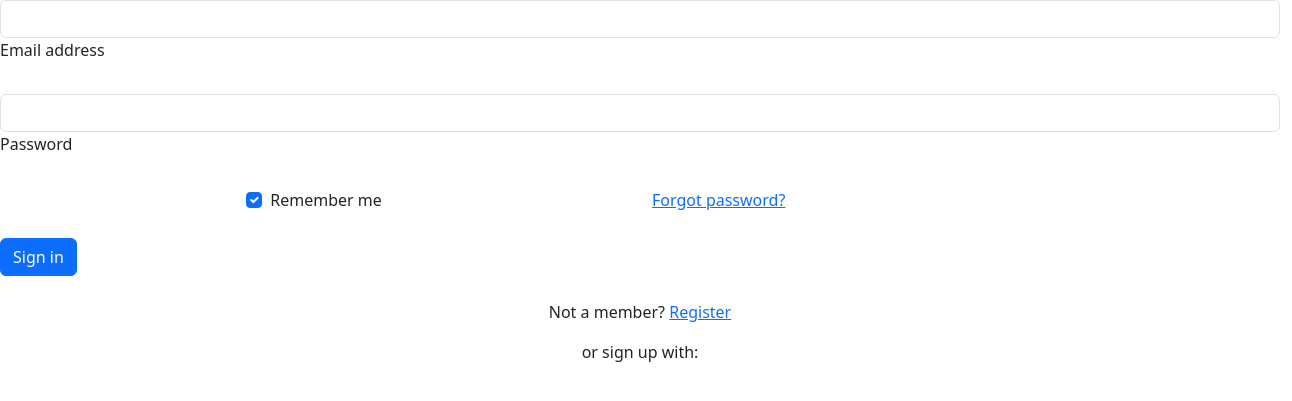
Repository: HieuNT-2001/JAVA-3---SOF203
Page: http://localhost/HocJava4/views/LoginForm.jsp
These files come from the project's save history. The page is drawn as it stood at one moment and after a run of saves; the edit follows.
The browser window is 1280 px wide. The page is 1292 px wide, then 1280 px, then 1292 px, so the pictures cover 1292 px, including what lies to the right of the window. The pictures show the whole page.
The page is served by Tomcat 9. Other server files are loaded and not shown.

Above is the page before, as saved 2024-09-28 03:04:56.

### HocJava4/src/main/webapp/views/LoginForm.jsp
<%@ page language="java" contentType="text/html; charset=UTF-8"
	pageEncoding="UTF-8"%>
<!DOCTYPE html>
<html>
<head>
<meta charset="UTF-8">
<title>Insert title here</title>
<link
	href="https://cdn.jsdelivr.net/npm/bootstrap@5.3.3/dist/css/bootstrap.min.css"
	rel="stylesheet"
	integrity="sha384-QWTKZyjpPEjISv5WaRU9OFeRpok6YctnYmDr5pNlyT2bRjXh0JMhjY6hW+ALEwIH"
	crossorigin="anonymous">
</head>
<body>
	<form>
		<!-- Email input -->
		<div data-mdb-input-init class="form-outline mb-4">
			<input type="email" id="form2Example1" class="form-control" /> <label
				class="form-label" for="form2Example1">Email address</label>
		</div>

		<!-- Password input -->
		<div data-mdb-input-init class="form-outline mb-4">
			<input type="password" id="form2Example2" class="form-control" /> <label
				class="form-label" for="form2Example2">Password</label>
		</div>

		<!-- 2 column grid layout for inline styling -->
		<div class="row mb-4">
			<div class="col d-flex justify-content-center">
				<!-- Checkbox -->
				<div class="form-check">
					<input class="form-check-input" type="checkbox" value=""
						id="form2Example31" checked /> <label class="form-check-label"
						for="form2Example31"> Remember me </label>
				</div>
			</div>

			<div class="col">
				<!-- Simple link -->
				<a href="#!">Forgot password?</a>
			</div>
		</div>

		<!-- Submit button -->
		<button type="button" data-mdb-button-init data-mdb-ripple-init
			class="btn btn-primary btn-block mb-4">Sign in</button>

		<!-- Register buttons -->
		<div class="text-center">
			<p>
				Not a member? <a href="#!">Register</a>
			</p>
			<p>or sign up with:</p>
			<button type="button" data-mdb-button-init data-mdb-ripple-init
				class="btn btn-link btn-floating mx-1">
				<i class="fab fa-facebook-f"></i>
			</button>

			<button type="button" data-mdb-button-init data-mdb-ripple-init
				class="btn btn-link btn-floating mx-1">
				<i class="fab fa-google"></i>
			</button>

			<button type="button" data-mdb-button-init data-mdb-ripple-init
				class="btn btn-link btn-floating mx-1">
				<i class="fab fa-twitter"></i>
			</button>

			<button type="button" data-mdb-button-init data-mdb-ripple-init
				class="btn btn-link btn-floating mx-1">
				<i class="fab fa-github"></i>
			</button>
		</div>
	</form>
	<script
		src="https://cdn.jsdelivr.net/npm/bootstrap@5.3.3/dist/js/bootstrap.bundle.min.js"
		integrity="sha384-YvpcrYf0tY3lHB60NNkmXc5s9fDVZLESaAA55NDzOxhy9GkcIdslK1eN7N6jIeHz"
		crossorigin="anonymous"></script>
</body>
</html>

After the next 2 saves:
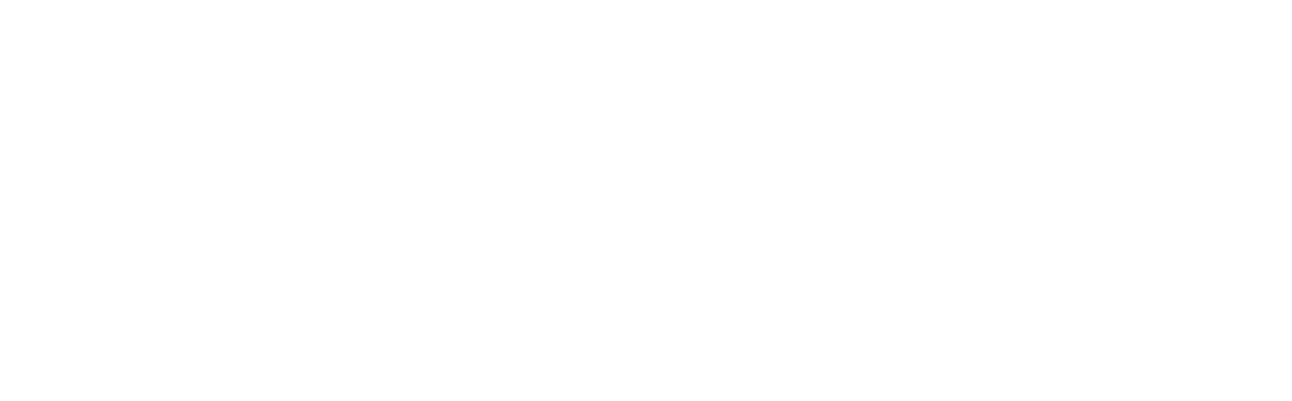
The 2 saves are shown as one change because they came seconds apart.
The last was saved 54 s later.
--- a/HocJava4/src/main/webapp/views/LoginForm.jsp
+++ b/HocJava4/src/main/webapp/views/LoginForm.jsp
@@ -12,67 +12,6 @@
 	crossorigin="anonymous">
 </head>
 <body>
-	<form>
-		<!-- Email input -->
-		<div data-mdb-input-init class="form-outline mb-4">
-			<input type="email" id="form2Example1" class="form-control" /> <label
-				class="form-label" for="form2Example1">Email address</label>
-		</div>
-
-		<!-- Password input -->
-		<div data-mdb-input-init class="form-outline mb-4">
-			<input type="password" id="form2Example2" class="form-control" /> <label
-				class="form-label" for="form2Example2">Password</label>
-		</div>
-
-		<!-- 2 column grid layout for inline styling -->
-		<div class="row mb-4">
-			<div class="col d-flex justify-content-center">
-				<!-- Checkbox -->
-				<div class="form-check">
-					<input class="form-check-input" type="checkbox" value=""
-						id="form2Example31" checked /> <label class="form-check-label"
-						for="form2Example31"> Remember me </label>
-				</div>
-			</div>
-
-			<div class="col">
-				<!-- Simple link -->
-				<a href="#!">Forgot password?</a>
-			</div>
-		</div>
-
-		<!-- Submit button -->
-		<button type="button" data-mdb-button-init data-mdb-ripple-init
-			class="btn btn-primary btn-block mb-4">Sign in</button>
-
-		<!-- Register buttons -->
-		<div class="text-center">
-			<p>
-				Not a member? <a href="#!">Register</a>
-			</p>
-			<p>or sign up with:</p>
-			<button type="button" data-mdb-button-init data-mdb-ripple-init
-				class="btn btn-link btn-floating mx-1">
-				<i class="fab fa-facebook-f"></i>
-			</button>
-
-			<button type="button" data-mdb-button-init data-mdb-ripple-init
-				class="btn btn-link btn-floating mx-1">
-				<i class="fab fa-google"></i>
-			</button>
-
-			<button type="button" data-mdb-button-init data-mdb-ripple-init
-				class="btn btn-link btn-floating mx-1">
-				<i class="fab fa-twitter"></i>
-			</button>
-
-			<button type="button" data-mdb-button-init data-mdb-ripple-init
-				class="btn btn-link btn-floating mx-1">
-				<i class="fab fa-github"></i>
-			</button>
-		</div>
-	</form>
 	<script
 		src="https://cdn.jsdelivr.net/npm/bootstrap@5.3.3/dist/js/bootstrap.bundle.min.js"
 		integrity="sha384-YvpcrYf0tY3lHB60NNkmXc5s9fDVZLESaAA55NDzOxhy9GkcIdslK1eN7N6jIeHz"

After the 3 saves that followed:
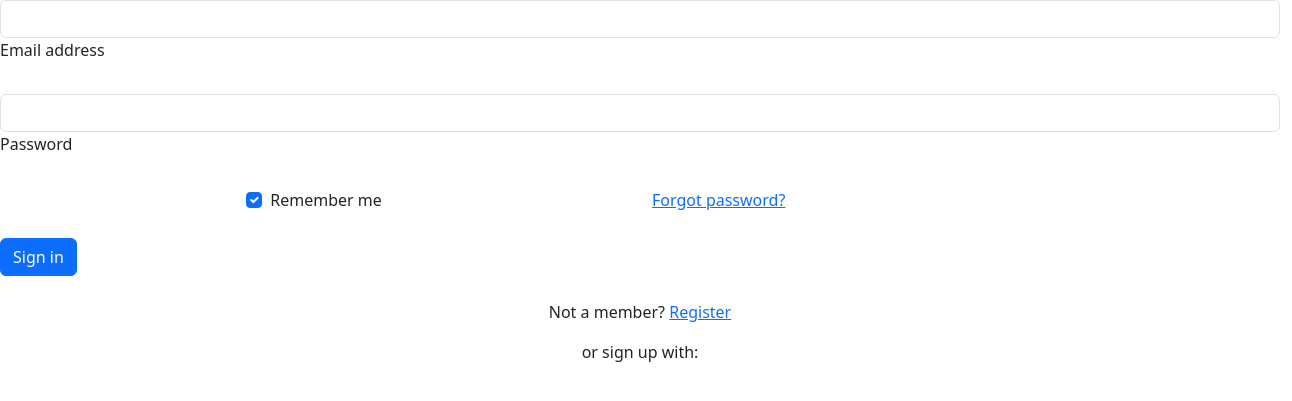
The 3 saves are shown as one change because 2 left the picture as it was.
The last was saved 56 s later.
--- a/HocJava4/src/main/webapp/views/LoginForm.jsp
+++ b/HocJava4/src/main/webapp/views/LoginForm.jsp
@@ -12,6 +12,67 @@
 	crossorigin="anonymous">
 </head>
 <body>
+	<form>
+		<!-- Email input -->
+		<div data-mdb-input-init class="form-outline mb-4">
+			<input type="email" id="form2Example1" class="form-control" /> <label
+				class="form-label" for="form2Example1">Email address</label>
+		</div>
+
+		<!-- Password input -->
+		<div data-mdb-input-init class="form-outline mb-4">
+			<input type="password" id="form2Example2" class="form-control" /> <label
+				class="form-label" for="form2Example2">Password</label>
+		</div>
+
+		<!-- 2 column grid layout for inline styling -->
+		<div class="row mb-4">
+			<div class="col d-flex justify-content-center">
+				<!-- Checkbox -->
+				<div class="form-check">
+					<input class="form-check-input" type="checkbox" value=""
+						id="form2Example31" checked /> <label class="form-check-label"
+						for="form2Example31"> Remember me </label>
+				</div>
+			</div>
+
+			<div class="col">
+				<!-- Simple link -->
+				<a href="#!">Forgot password?</a>
+			</div>
+		</div>
+
+		<!-- Submit button -->
+		<button type="button" data-mdb-button-init data-mdb-ripple-init
+			class="btn btn-primary btn-block mb-4">Sign in</button>
+
+		<!-- Register buttons -->
+		<div class="text-center">
+			<p>
+				Not a member? <a href="#!">Register</a>
+			</p>
+			<p>or sign up with:</p>
+			<button type="button" data-mdb-button-init data-mdb-ripple-init
+				class="btn btn-link btn-floating mx-1">
+				<i class="fab fa-facebook-f"></i>
+			</button>
+
+			<button type="button" data-mdb-button-init data-mdb-ripple-init
+				class="btn btn-link btn-floating mx-1">
+				<i class="fab fa-google"></i>
+			</button>
+
+			<button type="button" data-mdb-button-init data-mdb-ripple-init
+				class="btn btn-link btn-floating mx-1">
+				<i class="fab fa-twitter"></i>
+			</button>
+
+			<button type="button" data-mdb-button-init data-mdb-ripple-init
+				class="btn btn-link btn-floating mx-1">
+				<i class="fab fa-github"></i>
+			</button>
+		</div>
+	</form>
 	<script
 		src="https://cdn.jsdelivr.net/npm/bootstrap@5.3.3/dist/js/bootstrap.bundle.min.js"
 		integrity="sha384-YvpcrYf0tY3lHB60NNkmXc5s9fDVZLESaAA55NDzOxhy9GkcIdslK1eN7N6jIeHz"
